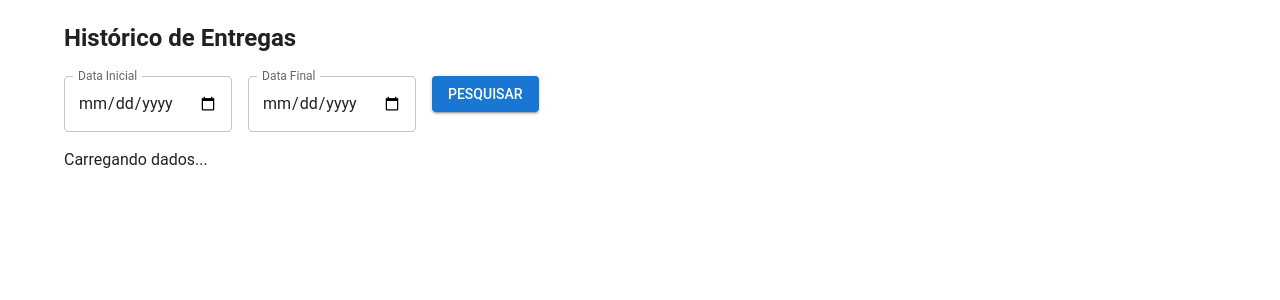
Repository: feliperanon/mobilegestao
Page: /history (app in frontend/)
An editor plug-in stored every save of this project. The page is shown before and after a run of saves, followed by the edit.
The browser window is 1280 px wide. The pictures show the whole page.
The page's requests for data from a server got no answer. The project was rebuilt for these pictures with package versions that can differ from the ones it lists, and the page was loaded fresh each time. No one was signed in, and anything a server would have sent is missing. Also part of the build but not shown: frontend/webpack.config.js, frontend/src/pages/Home.js, frontend/src/pages/Analysis.js, frontend/src/components/Dashboard.js, frontend/src/components/Login.js, frontend/src/components/Register.js, frontend/src/components/AddEntregador.js, frontend/src/components/AddCliente.js and 1 more.

Above is the page before, as saved 2024-07-14 18:48:09.

After the next 2 saves:
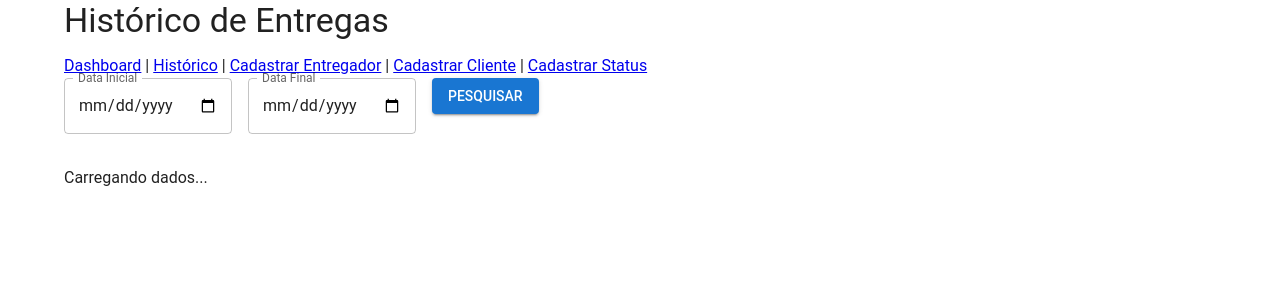
The 2 saves are shown as one change because 1 did not build or start.
The last was saved 2 min 6 s later.
--- a/frontend/src/pages/History.js
+++ b/frontend/src/pages/History.js
@@ -2,7 +2,8 @@
 
 import React, { useState, useEffect } from 'react';
 import axios from 'axios';
-import { Container, TextField, Button, Table, TableBody, TableCell, TableContainer, TableHead, TableRow, Paper } from '@mui/material';
+import { Container, TextField, Button, Table, TableBody, TableCell, TableContainer, TableHead, TableRow, Paper, Typography, Box } from '@mui/material';
+import { Link } from 'react-router-dom';
 
 const History = () => {
   const [history, setHistory] = useState([]);
@@ -33,30 +34,41 @@ const History = () => {
 
   return (
     <Container>
-      <h2>Histórico de Entregas</h2>
-      <TextField
-        label="Data Inicial"
-        type="date"
-        value={startDate}
-        onChange={(e) => setStartDate(e.target.value)}
-        InputLabelProps={{
-          shrink: true,
-        }}
-        sx={{ marginRight: 2 }}
-      />
-      <TextField
-        label="Data Final"
-        type="date"
-        value={endDate}
-        onChange={(e) => setEndDate(e.target.value)}
-        InputLabelProps={{
-          shrink: true,
-        }}
-        sx={{ marginRight: 2 }}
-      />
-      <Button variant="contained" color="primary" onClick={handleSearch} sx={{ marginBottom: 2 }}>
-        Pesquisar
-      </Button>
+      <Typography variant="h4" component="h1" gutterBottom>
+        Histórico de Entregas
+      </Typography>
+      <nav>
+        <Link to="/dashboard">Dashboard</Link> |{' '}
+        <Link to="/history">Histórico</Link> |{' '}
+        <Link to="/add-entregador">Cadastrar Entregador</Link> |{' '}
+        <Link to="/add-cliente">Cadastrar Cliente</Link> |{' '}
+        <Link to="/add-status">Cadastrar Status</Link>
+      </nav>
+      <Box sx={{ mb: 4 }}>
+        <TextField
+          label="Data Inicial"
+          type="date"
+          value={startDate}
+          onChange={(e) => setStartDate(e.target.value)}
+          InputLabelProps={{
+            shrink: true,
+          }}
+          sx={{ marginRight: 2 }}
+        />
+        <TextField
+          label="Data Final"
+          type="date"
+          value={endDate}
+          onChange={(e) => setEndDate(e.target.value)}
+          InputLabelProps={{
+            shrink: true,
+          }}
+          sx={{ marginRight: 2 }}
+        />
+        <Button variant="contained" color="primary" onClick={handleSearch} sx={{ marginBottom: 2 }}>
+          Pesquisar
+        </Button>
+      </Box>
       {history.length > 0 ? (
         <TableContainer component={Paper}>
           <Table>
